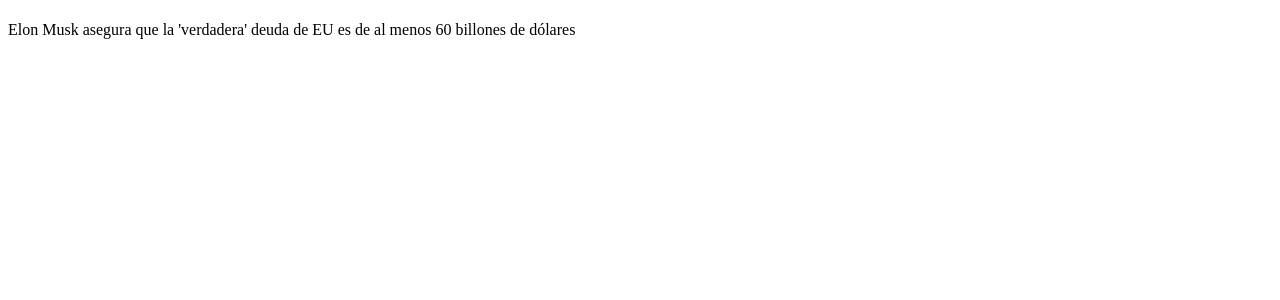
Repository: giovanabirck/lab-01-news
Page: /
The author's editor kept a copy of each file at every save. The page is drawn from the files as they stood at one save, then again after a run of saves.
The browser window is 1280 px wide. The pictures show the whole page.
The project was rebuilt for these pictures with package versions that can differ from the ones it lists, and the page was loaded fresh each time. The framework's server and built-in components were replaced by stand-ins that run in the browser. Also part of the build but not shown: next.config.js, styles/globals.css.

Above is the page before, as saved 2023-09-17 20:25:13.

### pages/index.js
import Head from 'next/head'

const news01 = {
  "title": "Elon Musk asegura que la 'verdadera' deuda de EU es de al menos 60 billones de dólares",
  "link": "https://www.milenio.com/negocios/elon-musk-deuda-eu-60-billones-dolares",
  "keywords": null,
  "creator": [
    "Milenio Digital"
  ],
  "video_url": null,
  "description": "El director ejecutivo de Tesla y SpaceX, Elon Musk, estimó que la deuda de Estados Unidos en tres veces mayor a su economía. ?La verdadera deuda nacional, incluidos los derechos no financiados, es de al menos 60 billones de dólares, aproximadamente tres veces el tamaño de toda la economía de los Estados Unidos. Algo tiene que ceder.?, señaló el multimillonario a través de su cuenta de Twitter.True national debt, including unfunded entitlements, is at least $60 trillion ? roughly three times the size of the entire US economy. Something has got to give.? Elon Musk (@elonmusk) February 11, 2022 Esto como parte de los comentarios en respuesta a una publicación del medio satírico The Babylon Bee, en donde señaló que supuestamente el presidente estadunidense, Joe Biden, planeaba pagar la deuda pública apostando ?doble o nada? en el equipo de futbol de los Cincinnati Bengals en el Super Bowl. Según el Departamento del Tesoro de Estados Unidos el total de la deuda de dicho país ya supera los 30 billones de dólares, dio a conocer el martes pasado.El endeudamiento del gobierno se aceleró durante la pandemia de covid-19, como parte del gasto del gobierno estadunidense para amortiguar el golpe económico de la crisis. La deuda pública se ha disparado en alrededor 7 billones desde finales de 2019.m{1861862}RM?",
  "content": null,
  "pubDate": "2022-02-14 05:05:43",
  "full_description": null,
  "image_url": "http://www.milenio.com/uploads/media/2022/02/13/elon-musk-estimo-deuda-unidos.jpeg",
  "source_id": "milenio",
  "country": [
    "mexico"
  ],
  "category": [
    "top"
  ],
  "language": "spanish"
}

export default function News() {
  return (
    <>
      <Head>
        <title>Lab 01</title>
        <link rel="icon" href="/favicon.ico" />
      </Head>

      <main>
        <div>
          <h1></h1>
          {news01.title}
        </div>
        {/* title news01.title */}
        {/* imagem news01.image_url*/}
        {/* link news01.link*/}
        {/* author news01.creator*/}
        {/* desc news01.description*/}
      </main>
    </>
  )
}

Loaded but not shown: pages/_app.js (common file); pages/_document.js (common file)

After the next 2 saves:
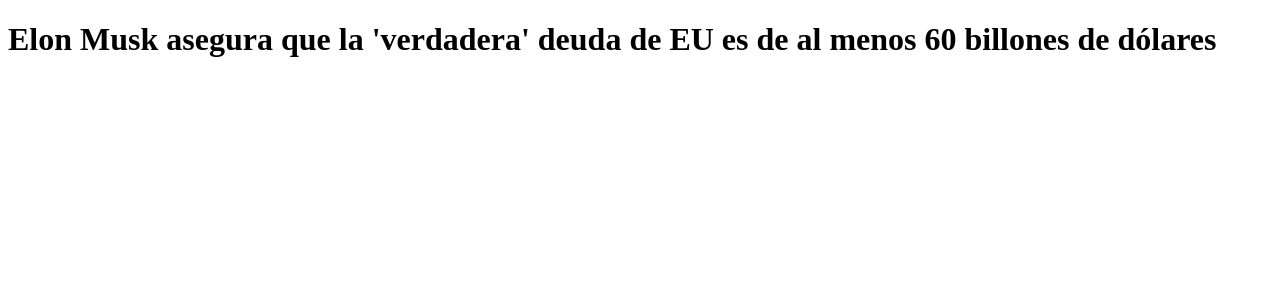
The 2 saves are shown as one change because they came seconds apart.
The last was saved 6 s later.
--- a/pages/index.js
+++ b/pages/index.js
@@ -33,8 +33,7 @@
 
       <main>
         <div>
-          <h1></h1>
-          {news01.title}
+          <h1>{news01.title}</h1>
         </div>
         {/* title news01.title */}
         {/* imagem news01.image_url*/}
